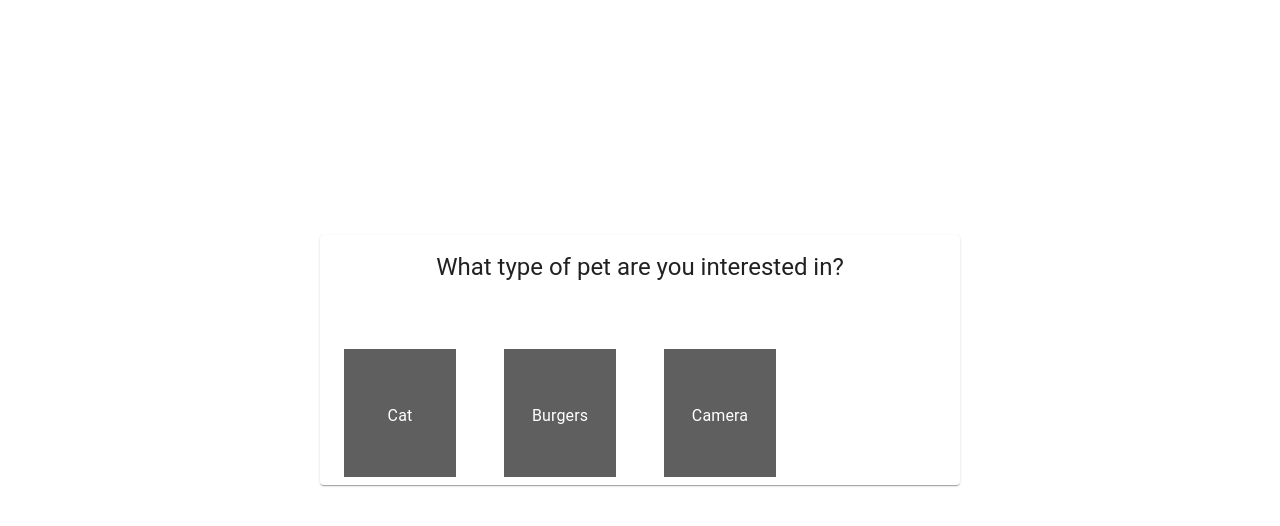
Repository: watthananick1/petstory
Page: /
These files come from the project's save history. The page is drawn as it stood at one moment and after the next save; the edit follows.
The browser window is 1280 px wide. The pictures show the whole page.
Pictures or frames that could not be fetched are drawn as grey boxes. The project was rebuilt for these pictures with package versions that can differ from the ones it lists, and the page was loaded fresh each time.

Above is the page before, as saved 2023-03-25 14:54:55.

### src/index.tsx
import React from 'react';
import ReactDOM from 'react-dom/client';
import './index.css';
import App from './App';
import reportWebVitals from './reportWebVitals';
import { BrowserRouter } from 'react-router-dom';

const root = ReactDOM.createRoot(document.getElementById('root') as HTMLElement);
root.render(
    <React.StrictMode>
        <BrowserRouter>
            <App />
        </BrowserRouter>
    </React.StrictMode>
);

// If you want to start measuring performance in your app, pass a function
// to log results (for example: reportWebVitals(console.log))
// or send to an analytics endpoint. Learn more: https://bit.ly/CRA-vitals
reportWebVitals();

### src/App.tsx
import logo from './assets/logo.svg';
import styles from './App.module.scss';
import { Menu } from './components/menu/menu';
import { Container } from './components/container/container';
import { Navbar } from './components/navbar/navbar';
import { Posts } from './components/posts/posts';
import Login from './components/login/login';
import SignUp from './components/sign-up/sign-up';
import CardTypePet from './components/card-type-pet/card-type-pet';
import { Route, Routes } from 'react-router';

function App() {
    return (
        // <div className={styles.App}>
        //     <Navbar />
        //     <Menu />
        //     <Container />
        //     <Posts />
        // </div>
        <div>
            <Routes>
                {/* <Route id="login" path="/" element={<Login />} />
                <Route id="signUp" path="/signUp" element={<SignUp />} /> */}
                {/* <Route path="/home" element={<Home />} /> */}
                <Route path="/" element={<CardTypePet />} />
            </Routes>
        </div>
    );
}

export default App;

### src/components/card-type-pet/card-type-pet.tsx
import * as React from 'react';
import { styled } from '@mui/material/styles';
import Box from '@mui/material/Box';
import ButtonBase from '@mui/material/ButtonBase';
import Typography from '@mui/material/Typography';
import { Card, CardContent, Paper } from '@mui/material';

const images = [
    {
        url: 'https://firebasestorage.googleapis.com/v0/b/pet-story-f51e3.appspot.com/o/mainData%2FimgTypePet%2Fcat.jpg?alt=media&token=758765ef-8887-4d21-88d9-0f803717e977',
        title: 'Cat',
        width: '30%',
    },
    {
        url: '/static/images/buttons/burgers.jpg',
        title: 'Burgers',
        width: '30%',
    },
    {
        url: '/static/images/buttons/camera.jpg',
        title: 'Camera',
        width: '30%',
    },
];

const ImageButton = styled(ButtonBase)(({ theme }) => ({
    position: 'relative',
    height: 200,
    [theme.breakpoints.down('sm')]: {
        width: '50% !important', // Overrides inline-style
        height: '2%',
    },
    '&:hover, &.Mui-focusVisible': {
        zIndex: 1,
        '& .MuiImageBackdrop-root': {
            opacity: 0.15,
        },
        '& .MuiImageMarked-root': {
            opacity: 0,
        },
        '& .MuiTypography-root': {
            border: '4px solid currentColor',
        },
    },
}));

const ImageSrc = styled('span')({
    position: 'absolute',
    left: 0,
    right: 0,
    top: 0,
    bottom: 0,
    backgroundSize: 'cover',
    backgroundPosition: 'center 40%',
});

const Image = styled('span')(({ theme }) => ({
    position: 'absolute',
    left: 0,
    right: 0,
    top: 0,
    bottom: 0,
    display: 'flex',
    alignItems: 'center',
    justifyContent: 'center',
    color: theme.palette.common.white,
}));

const ImageBackdrop = styled('span')(({ theme }) => ({
    position: 'absolute',
    left: 0,
    right: 0,
    top: 0,
    bottom: 0,
    backgroundColor: theme.palette.common.black,
    opacity: 0.4,
    transition: theme.transitions.create('opacity'),
}));

const Item = styled(Paper)(({ theme }) => ({
  ...theme.typography.body2,
  textAlign: 'center',
  color: theme.palette.text.secondary,
  height: 10,
  lineHeight: '60px',
}));

export default function CardTypePet() {
    return (
        <div style={{ display: 'flex', alignItems: 'center', height: '100vh'}}>
            <Card sx={{ minWidth: '50%', margin: '0 auto' }}>
                <CardContent>
                    <Typography gutterBottom variant="h5" style={{alignItems: 'center', textAlign: 'center', height: 50}} component="div">
                      What type of pet are you interested in?
                    </Typography >
                </CardContent>
                <Box
                  sx={{
                    display: 'flex',
                    flexWrap: 'wrap',
                    '& > :not(style)': {
                      m: 2,
                      width: 128,
                      height: 128,
                    },
                  }}
                >
                  {images.map((image) => (
                      <Box
                      sx={{
                        display: 'flex',
                        flexWrap: 'wrap',
                        '& > :not(style)': {
                          m: 1,
                          width: 128,
                          height: 128,
                        },
                      }}
                      >
                        <ImageButton
                            focusRipple
                            key={image.title}
                            style={{
                                width: '',
                            }}
                            onClick={() => console.log(`Clicked on ${image.title}`)}
                        >
                            <ImageSrc style={{ backgroundImage: `url(${image.url})` }} />
                            <ImageBackdrop className="MuiImageBackdrop-root" />
                            <Image>
                                <Typography
                                    component="span"
                                    variant="subtitle1"
                                    color="inherit"
                                    sx={{
                                        position: 'relative',
                                        p: 4,
                                        pt: 2,
                                        pb: (theme) => `calc(${theme.spacing(1)} + 2px)`,
                                    }}
                                >
                                    {image.title}
                                </Typography>
                            </Image>
                        </ImageButton>
                        </Box>
                    ))}
                </Box>
            </Card>
        </div>
    );
}

Loaded but not shown: public/index.html (common file); src/index.css (common file); src/reportWebVitals.ts (common file)

After the next save:
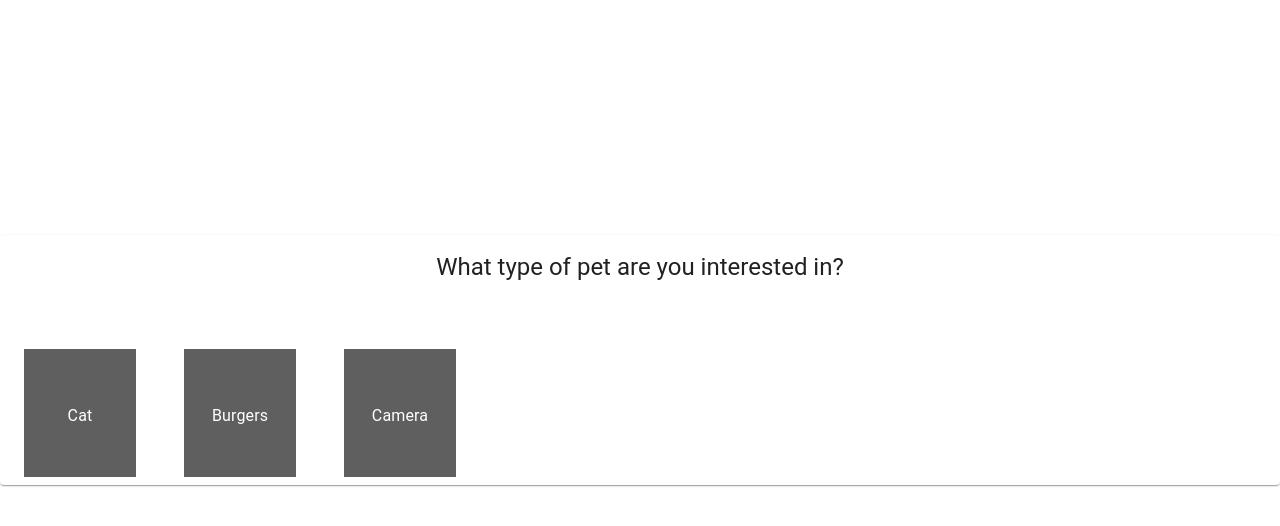
Saved 57 s later.
--- a/src/components/card-type-pet/card-type-pet.tsx
+++ b/src/components/card-type-pet/card-type-pet.tsx
@@ -88,7 +88,7 @@ const Item = styled(Paper)(({ theme }) => ({
 export default function CardTypePet() {
     return (
         <div style={{ display: 'flex', alignItems: 'center', height: '100vh'}}>
-            <Card sx={{ minWidth: '50%', margin: '0 auto' }}>
+            <Card sx={{ minWidth: '100%', margin: '0 auto' }}>
                 <CardContent>
                     <Typography gutterBottom variant="h5" style={{alignItems: 'center', textAlign: 'center', height: 50}} component="div">
                       What type of pet are you interested in?
